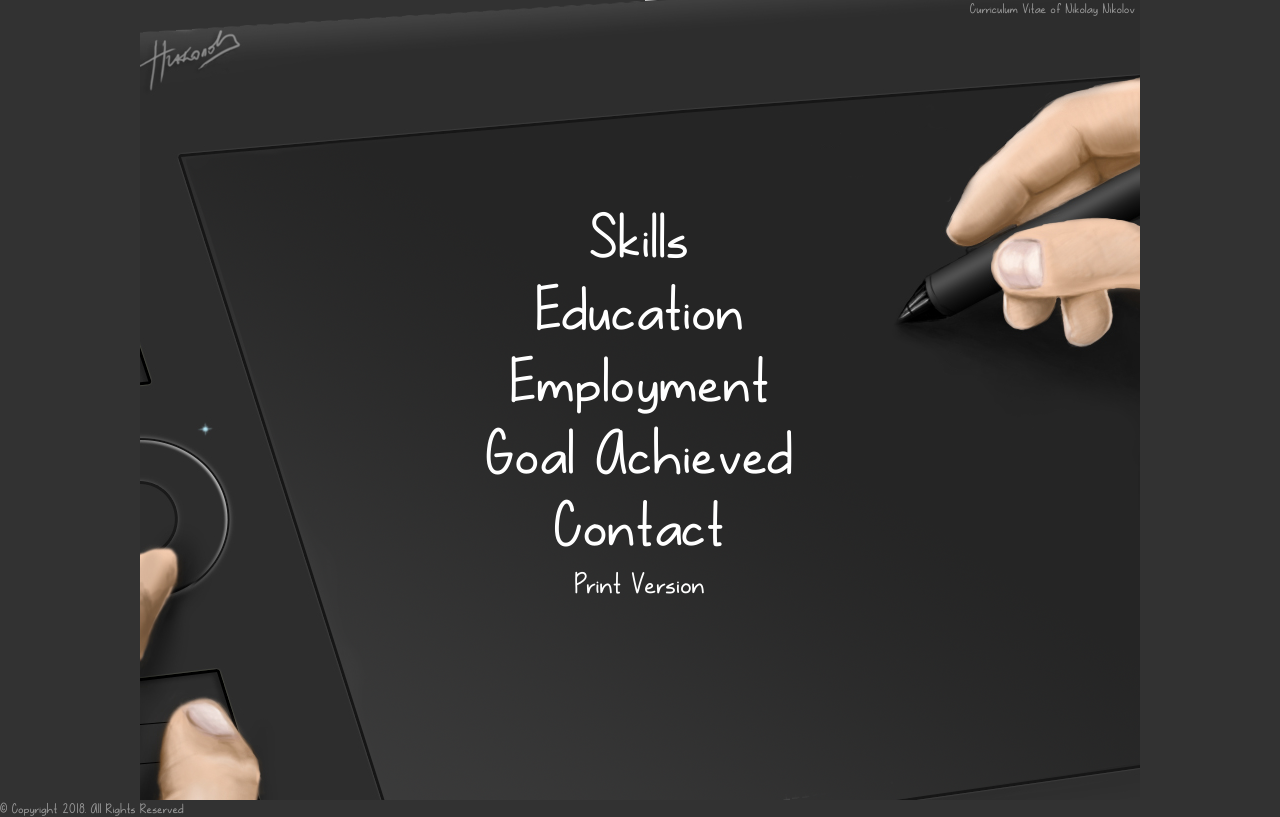
Repository: nikichanko/cv
Page: index.html
The author's editor kept a copy of each file at every save. The page is drawn from the files as they stood at one save, then again after the next save.
The browser window is 1280 px wide. The pictures show the whole page.

Above is the page before, as saved 2018-08-10 11:44:06.

After the next save:
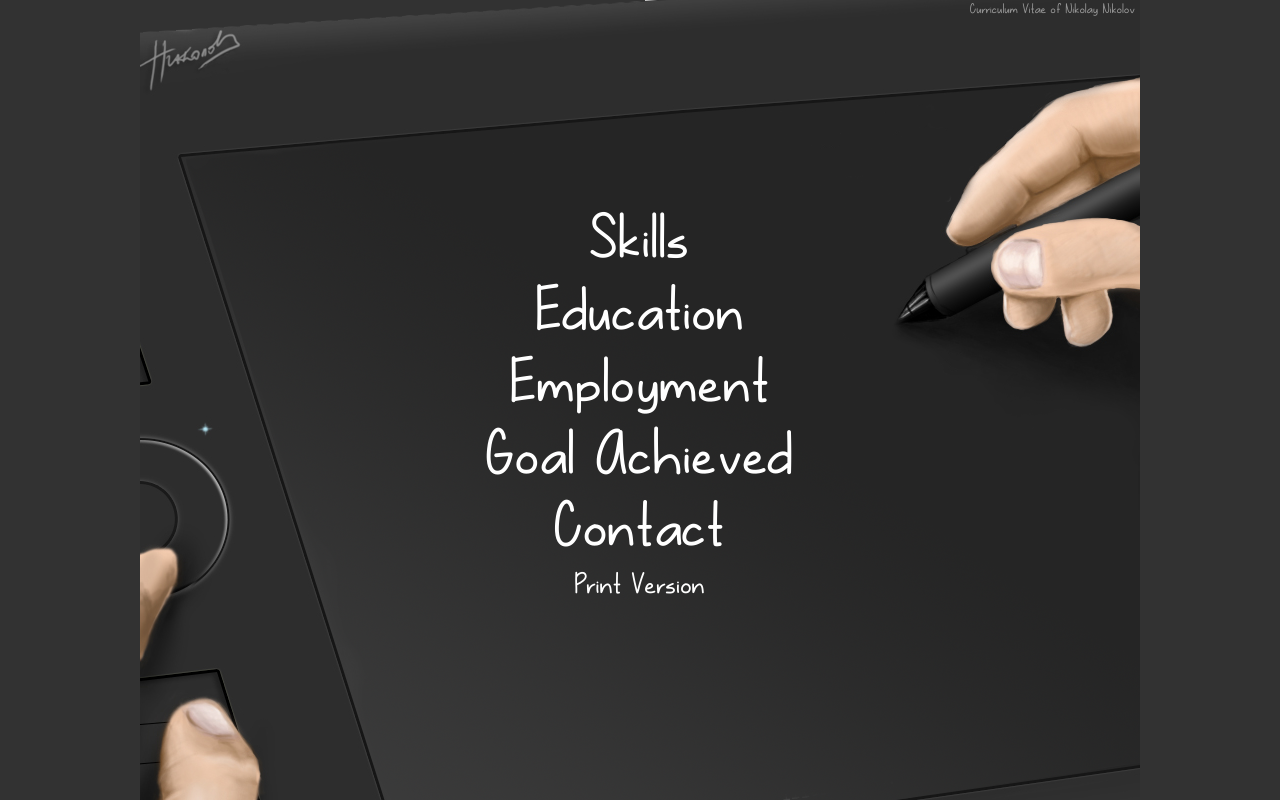
Saved 2 min 36 s later.
--- a/js/common.js
+++ b/js/common.js
@@ -38,7 +38,3 @@ $('.close').on('click', function(){
     $(v).next('.content').removeClass('open');
   });
 });
-
-setTimeout(function(){
-  $('body').append($('<div class="footer">&copy; Copyright 2018. All Rights Reserved</div>'));
-}, 2000)
